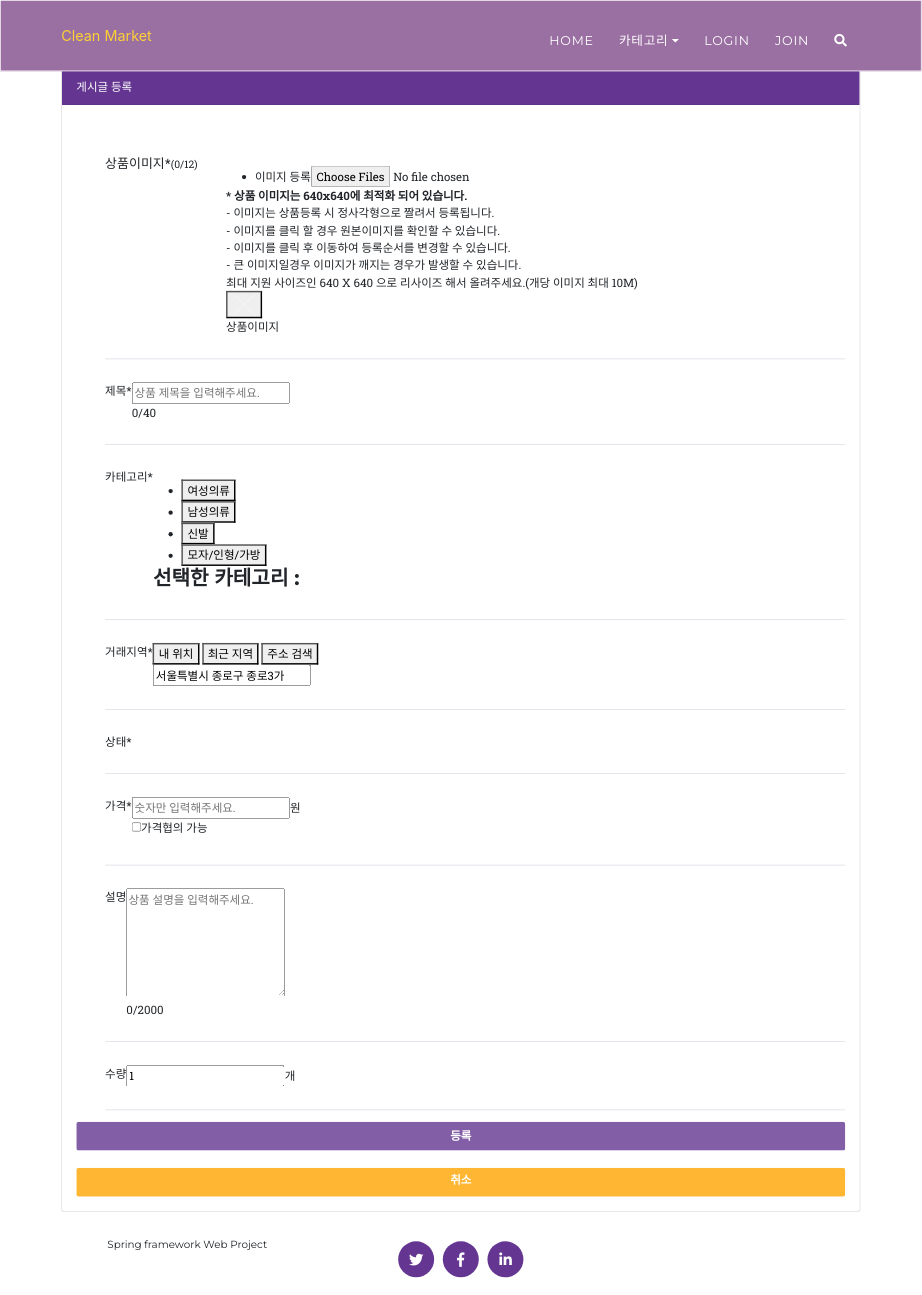
Repository: mim-mim-ji/Cleanmarket_web
Page: http://localhost/CleanMarket/WEB-INF/views/item/write.jsp
These files come from the project's save history. The page is drawn as it stood at one moment and after the next save; the edit follows.
The browser window is 1280 px wide. The pictures show the whole page, at 72% of full size.
Some web fonts or font styles are not loaded; a fallback is used. The page is served by Tomcat 9. Nobody is signed in. The template is opened directly, without the code that normally fills it, so the values that code supplies are empty.

Above is the page before, as saved 2021-03-21 02:04:47.

After the next save:
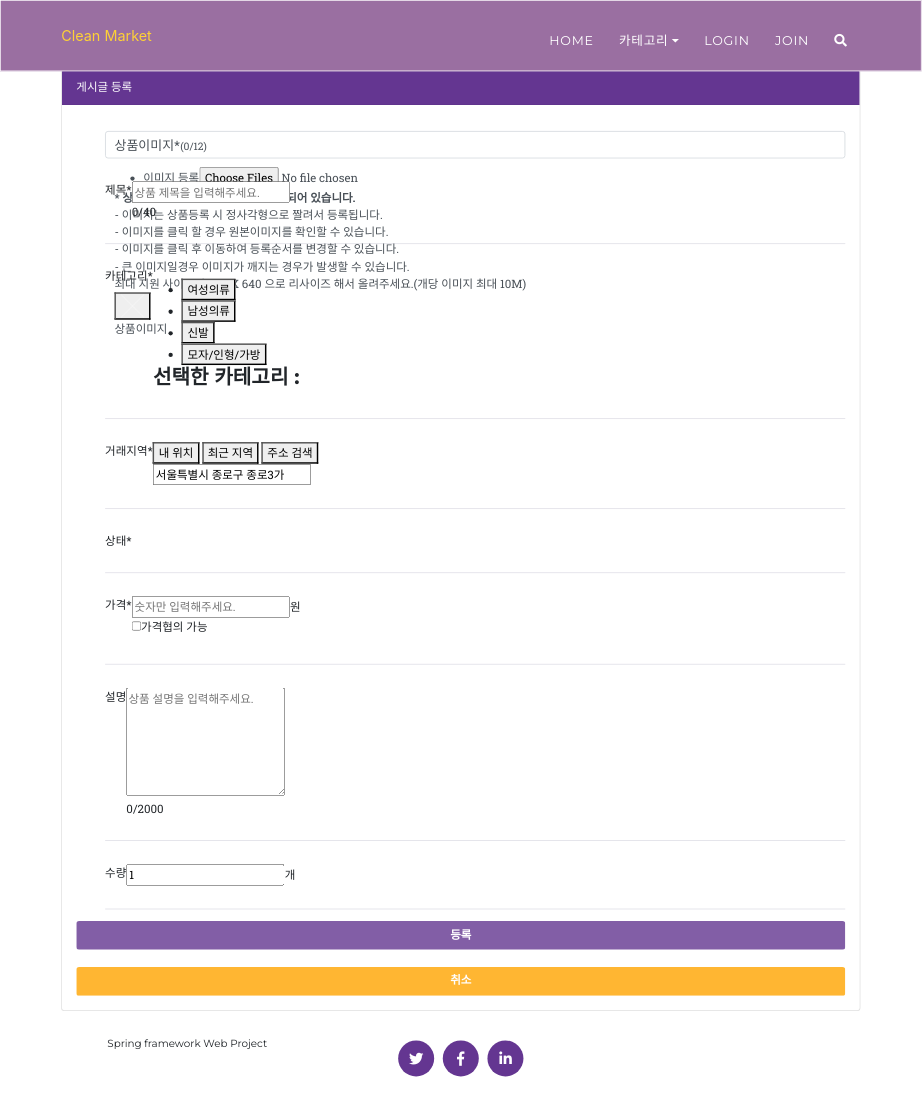
Saved 82 s later.
--- a/CleanMarket/src/main/webapp/WEB-INF/views/item/write.jsp
+++ b/CleanMarket/src/main/webapp/WEB-INF/views/item/write.jsp
@@ -45,7 +45,7 @@
 
 					<form role="form" method="post">
 						<ul class="form-group">
-							<li class="sc-gxbSSY bphXry">
+							<li class="form-control">
 								<div class="sc-bXopBW bBKMEo">
 									상품이미지<span>*</span><small>(0/12)</small>
 								</div>

After the save that followed:
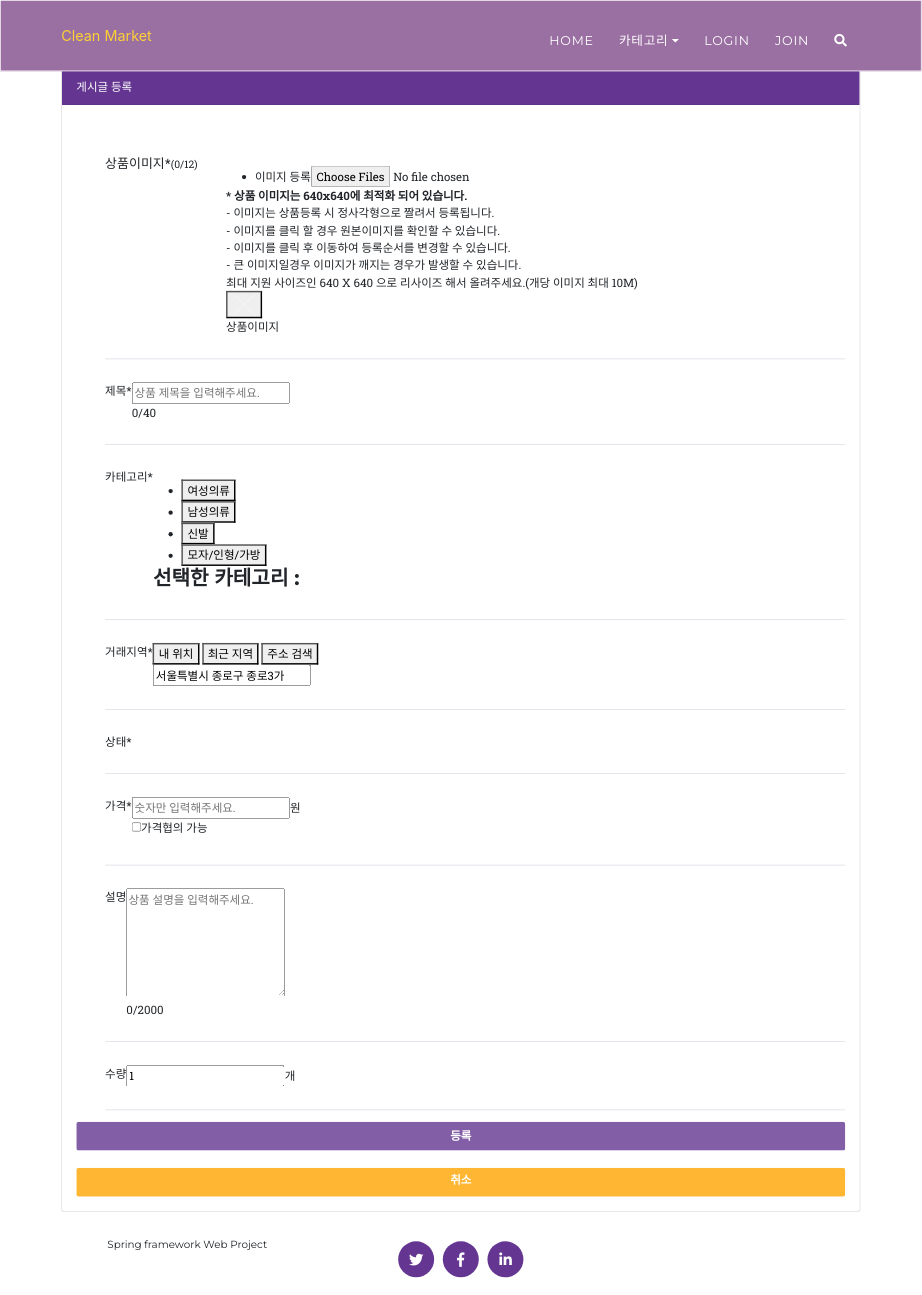
Saved 27 s later.
--- a/CleanMarket/src/main/webapp/WEB-INF/views/item/write.jsp
+++ b/CleanMarket/src/main/webapp/WEB-INF/views/item/write.jsp
@@ -44,8 +44,8 @@
 				<div class="card-body">
 
 					<form role="form" method="post">
-						<ul class="form-group">
-							<li class="form-control">
+						<ul class="sc-kqEXUp jMkGB">
+							<li class="sc-gxbSSY bphXry">
 								<div class="sc-bXopBW bBKMEo">
 									상품이미지<span>*</span><small>(0/12)</small>
 								</div>
